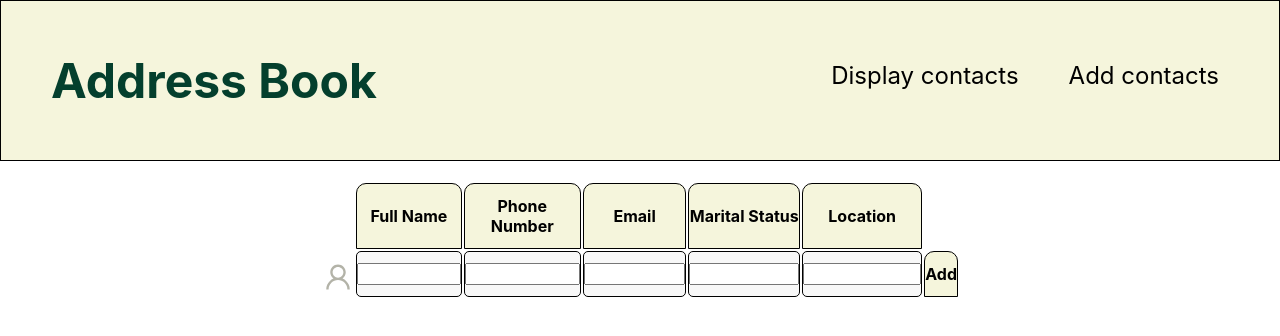
Repository: jatannoury/Address-Book
Page: /add_contact
The author's editor kept a copy of each file at every save. The page is drawn from the files as they stood at one save, then again after the next save.
The browser window is 1280 px wide. The pictures show the whole page.
The project was rebuilt for these pictures with package versions that can differ from the ones it lists, and the page was loaded fresh each time. Also part of the build but not shown: src/components/Email.js, src/components/Password.js, src/components/Login.js, src/components/Username.js, src/components/SignUp.js, src/components/Table.js, src/components/Contacts.js.

Above is the page before, as saved 2022-06-25 23:42:38.

### src/App.js
import "./App.css";
import { BrowserRouter, Routes, Route } from "react-router-dom";
import Login from "./components/Login";
import SignUp from "./components/SignUp";
import Contacts from "./components/Contacts";
import React, { Component, useState } from "react";
import Navbar from "./components/Navbar";
import { AiOutlineUser } from "react-icons/ai";

function App() {
  const [name, setName] = useState("");
  const [nb, setNb] = useState("");
  const [mail, setMail] = useState("");
  const [status, setStatus] = useState("");
  const [loc, setLoc] = useState("");
  return (
    <BrowserRouter>
      <Routes>
        <Route path="/" element={<Login />}></Route>
        <Route path="/register" element={<SignUp />}></Route>
        <Route path="/contact_page" element={<Contacts />}></Route>
        <Route
          path="/add_contact"
          element={
            <>
              <Navbar />
              <table className="table">
                <thead>
                  <tr>
                    <th></th>
                    <th>Full Name</th>
                    <th>Phone Number</th>
                    <th>Email</th>
                    <th>Marital Status</th>
                    <th>Location</th>
                  </tr>
                </thead>
                <tbody>
                  <tr>
                    <AiOutlineUser className="iconn" />
                    <td>
                      <input
                        type="text"
                        className="input"
                        onChange={(e) => {
                          setName(e.target.value);
                          console.log(name);
                        }}
                      ></input>
                    </td>
                    <td>
                      <input
                        type="text"
                        className="input"
                        onChange={(e) => {
                          setNb(e.target.value);
                          console.log(nb);
                        }}
                      ></input>
                    </td>
                    <td>
                      <input
                        type="text"
                        className="input"
                        onChange={(e) => {
                          setMail(e.target.value);
                          console.log(mail);
                        }}
                      ></input>
                    </td>
                    <td>
                      <input
                        type="text"
                        className="input"
                        onChange={(e) => {
                          setStatus(e.target.value);
                          console.log(status);
                        }}
                      ></input>
                    </td>
                    <td>
                      <input
                        type="text"
                        className="input"
                        onChange={(e) => {
                          setLoc(e.target.value);
                          console.log(loc);
                        }}
                      ></input>
                    </td>
                    <th
                      className="add"
                      onClick={(e) => {
                        console.log("DEELEETE");
                      }}
                    >
                      Add
                    </th>
                  </tr>
                </tbody>
              </table>
            </>
          }
        ></Route>
      </Routes>
    </BrowserRouter>
  );
}

export default App;

### src/App.css
* {
  padding: 0;
  margin: 0;
  box-sizing: border-box;
}

.body_container {
  text-align: center;
}

.content_container {
  text-align: center;
  border: 2px solid white;
  width: 40%;
  color: white;
  margin-left: auto;
  margin-right: auto;
  margin-top: 5%;
  border-radius: 30px;
  background-color: #f5f5dc;
  box-shadow: 10px 10px #f1f1e1;
}
hr {
  width: 6%;
  margin-left: auto;
  margin-right: auto;
  margin-bottom: 6%;
}
.hr {
  width: 100%;
  margin-bottom: 50px;
}

.title {
  margin-top: 5%;
  margin-bottom: 1.5%;
  font-family: system-ui, -apple-system, BlinkMacSystemFont, "Segoe UI", Roboto,
    Oxygen, Ubuntu, Cantarell, "Open Sans", "Helvetica Neue", sans-serif;
  font-weight: 200;
  color: rgb(22, 118, 118);
  background-color: #f5f5dc;
}
form > div {
  margin-left: 30px;
  margin-bottom: 30px;
}
form > div > input {
  width: 70%;
}

form > input {
  background-color: #a8b59b;
  /* border-radius:10px; */
  padding-top: 2.5%;
  padding-bottom: 2.5%;
  width: 60%;
  padding-left: 2.5%;
  font-size: 100%;
  border: 1px solid #395174;
}

.submit {
  /* margin-bottom: 20%; */
  font-family: system-ui, -apple-system, BlinkMacSystemFont, "Segoe UI", Roboto,
    Oxygen, Ubuntu, Cantarell, "Open Sans", "Helvetica Neue", sans-serif;
  font-size: 150%;
  font-weight: 500;
  color: white;
}

.submit:hover {
  background-color: rgb(151, 171, 165);
  box-shadow: 5px px rgb(151, 171, 165);
}
form {
  background-color: #f5f5dc;
  border-radius: 10px;
}

.icon {
  border: 1px solid black;
  width: 10%;
  position: relative;
  left: 75px;
  color: grey;
}

.user,
.pass {
  display: flex;
  width: 100%;
}

input[type="text"],
[type="password"] {
  padding-left: 80px;
  font-size: 100%;
}
.signupLink {
  margin-bottom: 100px;
  margin-top: 10px;
}

.signupLink > a:hover {
  color: black;
}
.navbar {
  border: 1px solid black;
  display: flex;

  justify-content: space-between;
  padding: 50px 50px 50px 50px;
  background-color: #f5f5dc;
}
.sub_nav > a {
  text-decoration: none;
  color: black;
  /* border: 1px solid black; */
  font-size: 150%;
  padding-top: 50px;
  padding-bottom: 50px;
  padding-left: 10px;
  padding-right: 10px;
}
.sub_nav > a:hover {
  color: #043f2d;
  font-weight: 800;
}
.nav1 {
  display: flex;
  margin-top: 10px;
  gap: 30px;
}
.addressBook {
  font-size: 300%;
  color: #043f2d;
  font-weight: 700;
}
.header {
  display: flex;
}

.sub_header {
  font-size: 150%;
  margin-top: 20px;
  border: 1px solid #f5f5dc;
  background-color: #f5f5dc;
  border-radius: 10px 10px 0px 0px;
  padding: 10px 10px 10px 10px;
}
table {
  margin-top: 20px;
  text-align: center;
  margin-left: auto;
  margin-right: auto;
  width: 50%;
}
th {
  border: 1px solid black;
  border-radius: 10px 10px 0px 0px;
  background-color: #f5f5dc;
  padding-top: 12px;
  padding-bottom: 12px;
  text-align: center;
}
td {
  border: 1px solid black;
  border-radius: 5px;
  background-color: #f8f8f8;
  padding: 10px 0;
}
th:first-child {
  background-color: white;
  border: none;
}
.iconn {
  margin-top: 10px;
  font-size: 200%;
  color: #b3b3a8;
}
.del {
  border-radius: 10px;
  background-color: rgb(235, 64, 64);
  cursor: pointer;
}
.underline {
  text-decoration: underline;
}
.input {
  width: 100%;
  padding-left: 0px !important;
  height: 100%;
}

### src/components/Navbar.js
import React from "react";

const Navbar = () => {
  return (
    <nav className="navbar">
      <div className="addressBook">Address Book</div>
      <div className="nav1 ">
        <div className="sub_nav ">
          <a href="/contact_page">Display contacts</a>
        </div>
        <div className="sub_nav">
          <a href="/add_contact">Add contacts</a>
        </div>
      </div>
    </nav>
  );
};

export default Navbar;

Loaded but not shown: public/index.html (common file); src/index.js (common file); src/index.css (common file); src/reportWebVitals.js (common file)

After the next save:
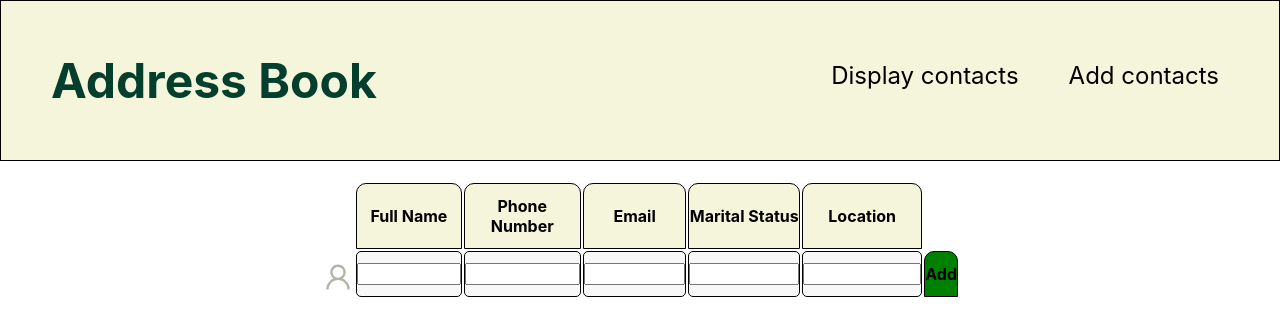
Saved 13 s later.
--- a/src/App.css
+++ b/src/App.css
@@ -191,3 +191,6 @@ th:first-child {
   padding-left: 0px !important;
   height: 100%;
 }
+.add {
+  background-color: green;
+}
